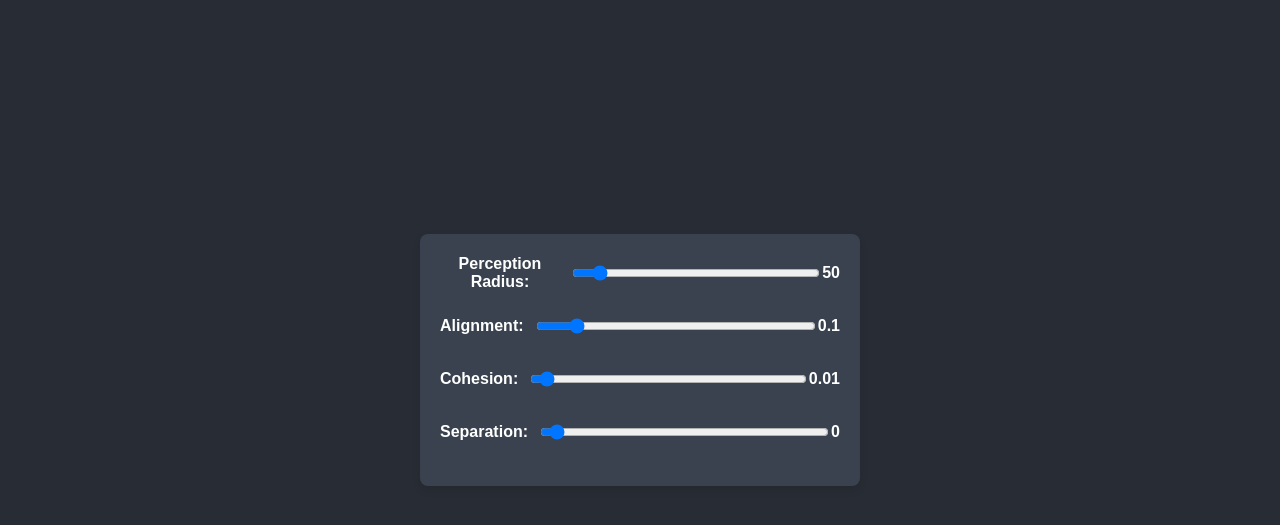
Repository: eltonsampaio12/boids
Page: index.html
An editor plug-in stored every save of this project. The page is shown before and after the next save, followed by the edit.
The browser window is 1280 px wide. The pictures show the whole page.

Above is the page before, as saved 2024-02-01 00:09:00.
Not found: main.ts

After the next save:
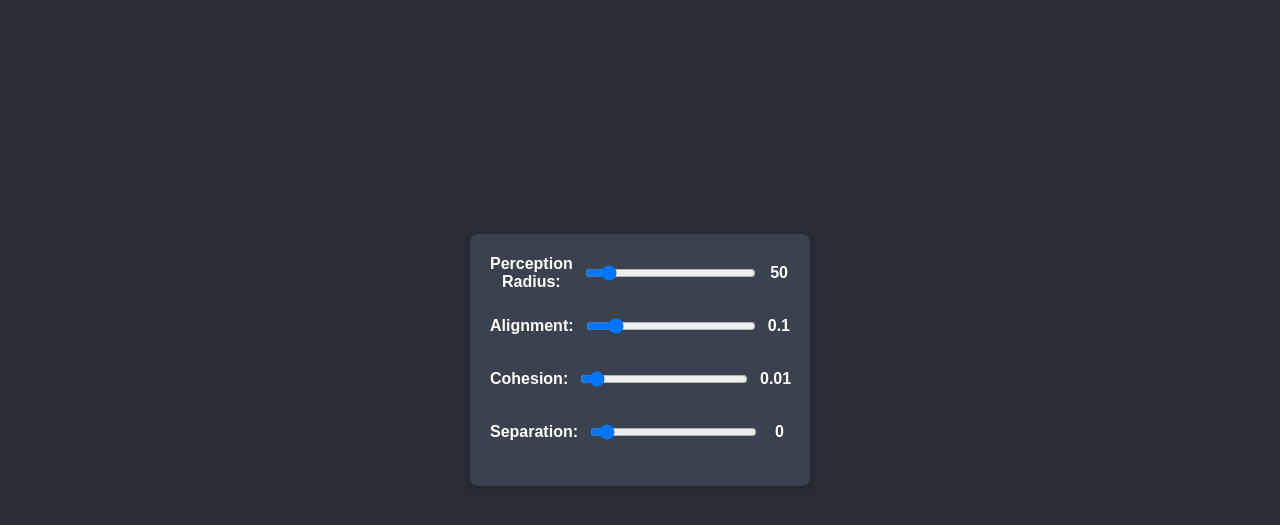
Saved 60 s later.
--- a/index.html
+++ b/index.html
@@ -16,7 +16,7 @@
       }
 
       .container {
-        width: 400px;
+        width: 300px;
         padding: 20px;
         background-color: #39424e;
         border-radius: 8px;
@@ -26,7 +26,6 @@
 
       .parameterParent {
         display: flex;
-        justify-content: space-between;
         align-items: center;
         margin-bottom: 15px;
       }
@@ -34,6 +33,7 @@
       label {
         margin-right: 10px;
         font-weight: bold;
+        flex: 1;
       }
 
       input {
@@ -46,6 +46,8 @@
 
       span {
         font-weight: bold;
+        margin-left: 10px;
+        width: 30px;
       }
     </style>
   </head>
